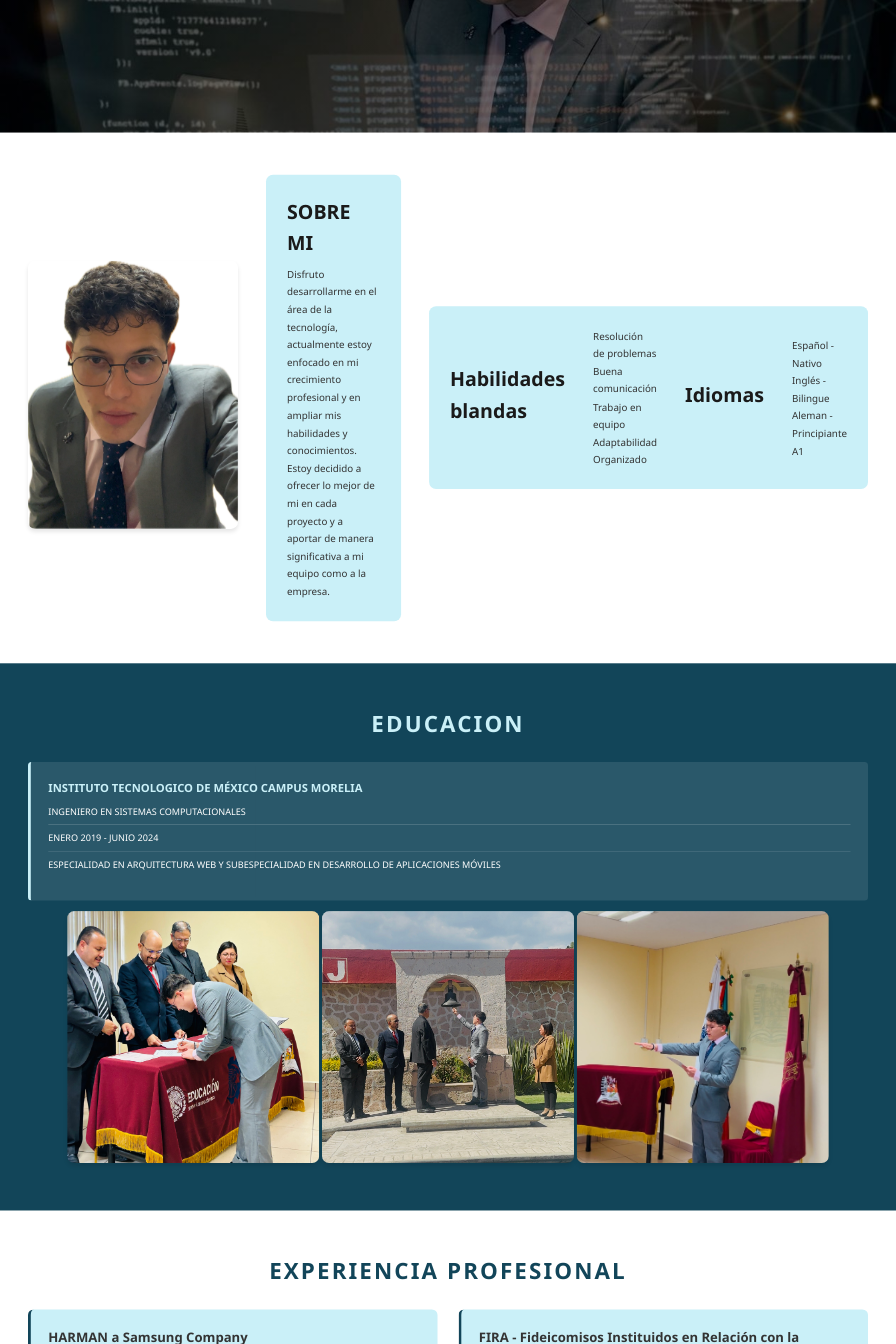
Repository: rafaelsilva2k/mi-portafolio
Page: index.html
An editor plug-in stored every save of this project. The page is shown before and after the next save, followed by the edit.
The browser window is 1280 px wide. The pictures show the part of the page from y = 411 to 2331 px (the page is 3561 px tall before and 3313 px after), at 70% of full size.

Above is the page before, as saved 2026-04-17 13:49:13.

After the next save:
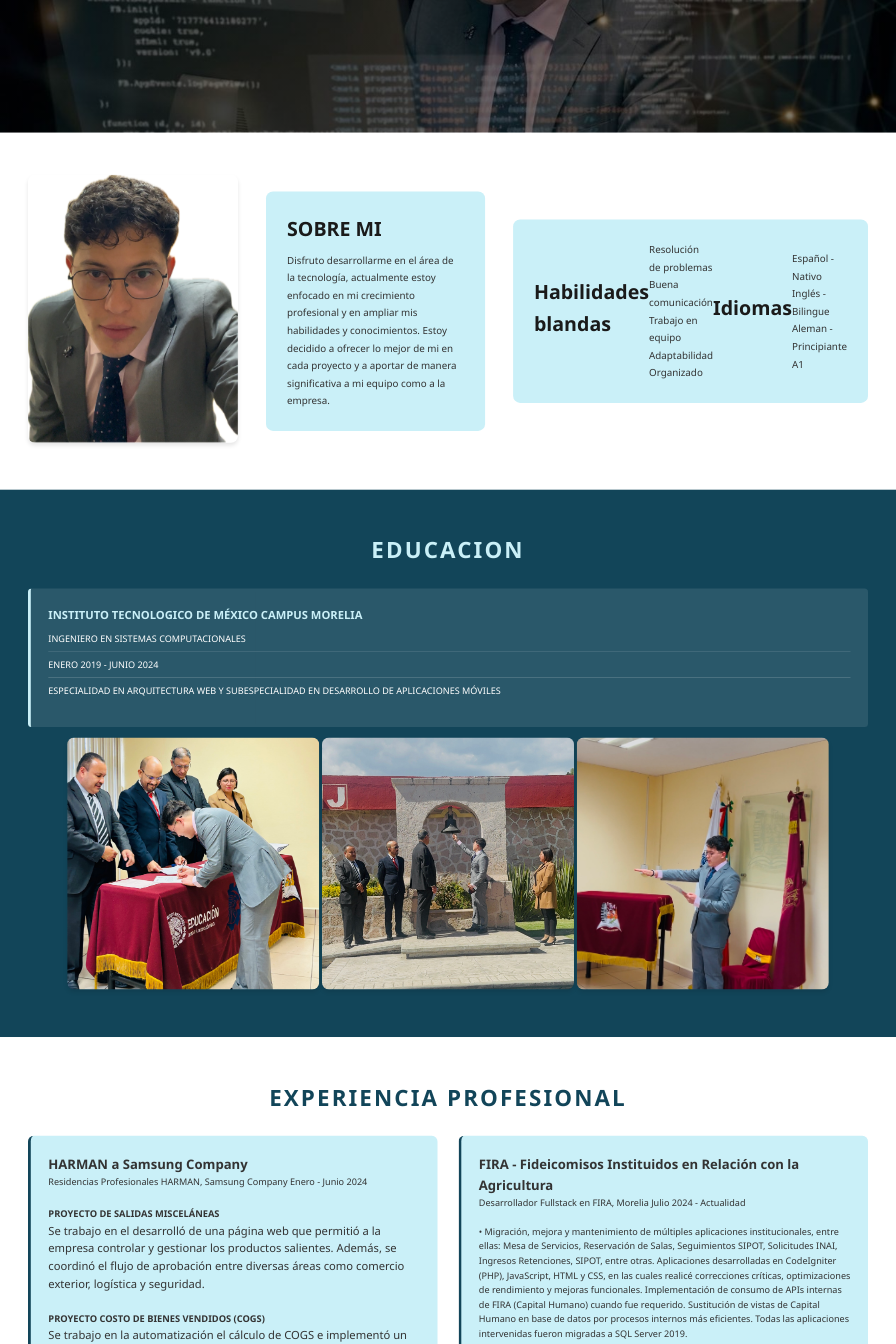
Saved 18 s later.
--- a/styles.css
+++ b/styles.css
@@ -165,7 +165,6 @@
 
     /* FLEXBOX: Alinea foto a la izquierda y texto a la derecha */
     display: flex;
-    gap: 40px;
     align-items: center;
 }
 

After the save that followed:
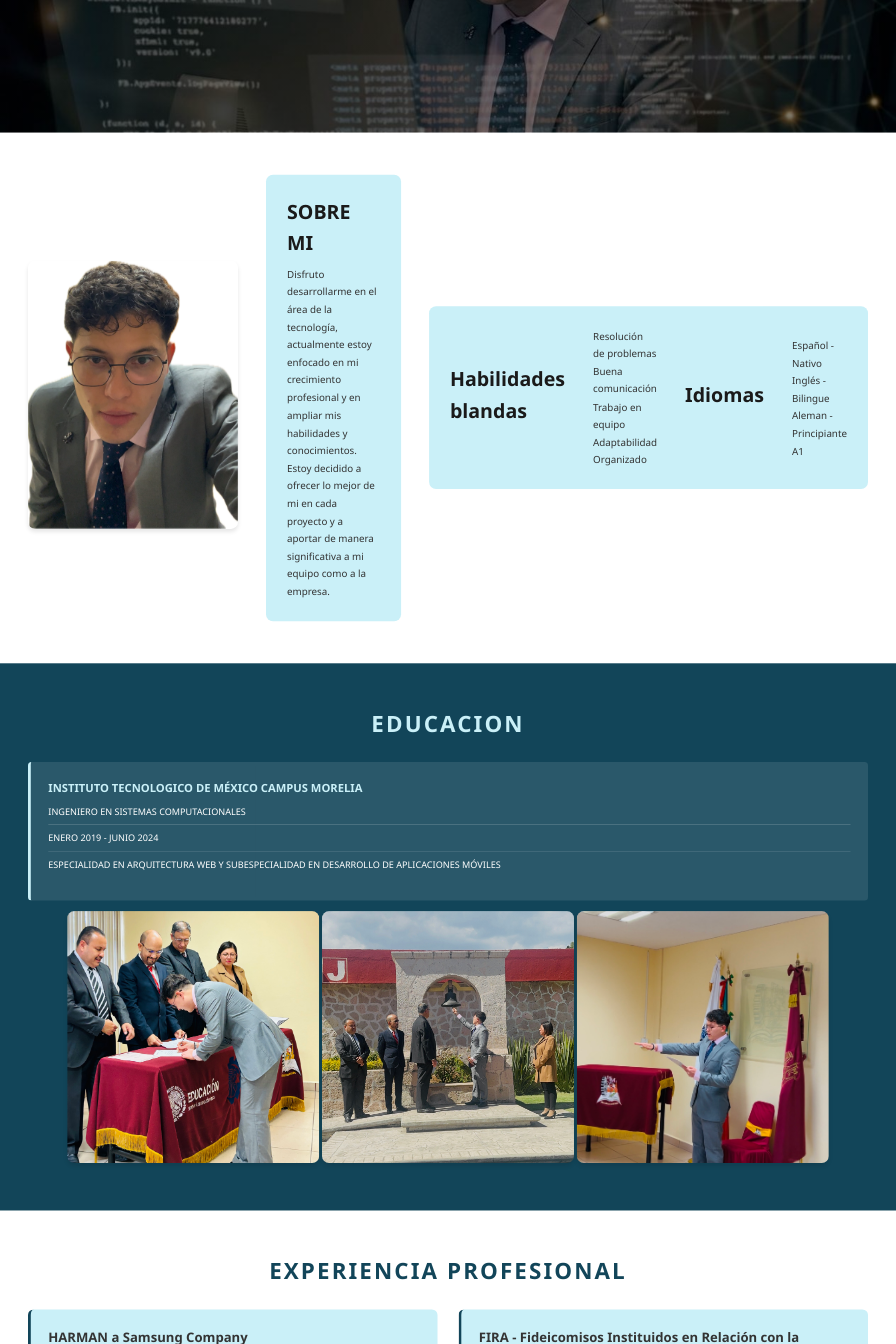
Saved 4 s later.
--- a/styles.css
+++ b/styles.css
@@ -165,6 +165,7 @@
 
     /* FLEXBOX: Alinea foto a la izquierda y texto a la derecha */
     display: flex;
+    gap: 40px;
     align-items: center;
 }
 
